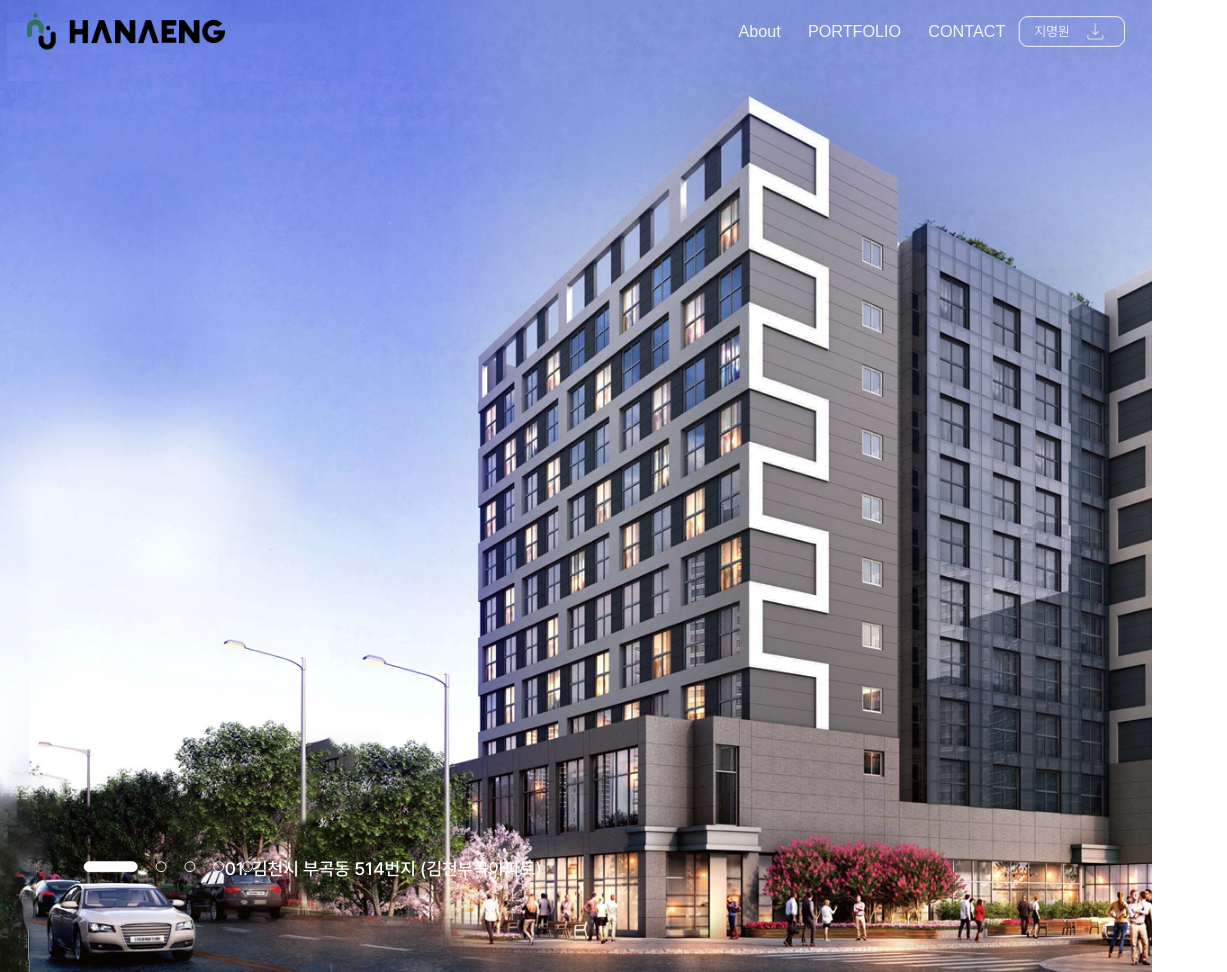
Repository: makeditWeb/hanaenc
Page: main.html
An editor plug-in stored every save of this project. The page is shown before and after the next save, followed by the edit.
The browser window is 1280 px wide. The page is 1363 px wide, so the pictures cover 1363 px, including what lies to the right of the window. The pictures show the whole page, at 90% of full size.
Some web libraries are served in a nearby version.

Above is the page before, as saved 2023-07-05 21:08:50.

### main.html
<!DOCTYPE html>
<html lang="en">
<head>
    <meta charset="UTF-8">
    <meta name="viewport" content="width=device-width, initial-scale=1.0">
    <title>Document</title>

    <link rel="stylesheet" href="./css/style.css">

    <link rel="stylesheet" type="text/css" href="//cdn.jsdelivr.net/npm/slick-carousel@1.8.1/slick/slick.css"/>
</head>
<body>
    <header id="nav-menu" aria-label="navigation bar">
        <nav>
            <div class="wrapper">
                <a class="logo" href="/">
                    <img src="./image/logo_b.png" alt="Logo" />
                </a>
                <input type="radio" name="slider" id="menu-btn">
                <input type="radio" name="slider" id="close-btn">
                <ul class="nav-links">
                    <label for="close-btn" class="btn close-btn"><i class="fas fa-times"></i></label>
                    <li>
                        <a href="#" class="desktop-item">About</a>
                        <input type="checkbox" id="showDrop">
                        <label for="showDrop" class="mobile-item">About</label>
                        <ul class="drop-menu">
                            <li><a href="#">회사소개 및 연혁</a></li>
                            <li><a href="#">사업분야</a></li>
                            <li><a href="#">조직도</a></li>
                            <li><a href="#">인증현황</a></li>
                        </ul>
                    </li>
                    <li><a class="nav-link" href="/">PORTFOLIO</a></li>
                    <li><a class="nav-link" href="/">CONTACT</a></li>

                    <li class="download_wrap">
                        <p>지명원</p>
                        <img src="./image/navbar_down_w.png">
                    </li>
                </ul>

                <label for="menu-btn" class="btn menu-btn"><i class="fas fa-bars"></i></label>
            </div>
        </nav>
    </header>



    <section class="main">
        <div class="main-slide-wrap">
            <div class="main-slide">
                <img src="./image/main_slide1.jpg" alt="slide1">
                <p class="slide_title">01. 김천시 부곡동 514번지 (김천부곡아파트)</p>
            </div>
            <div class="main-slide">
                <img src="./image/main_slide2.jpg" alt="slide1">
                <p class="slide_title">01. 김천시 부곡동 514번지 (김천부곡아파트)</p>
            </div>
            <div class="main-slide">
                <img src="./image/main_slide3.jpg" alt="slide1">
                <p class="slide_title">01. 김천시 부곡동 514번지 (김천부곡아파트)</p>
            </div>
            <div class="main-slide">
                <img src="./image/main_slide4.jpg" alt="slide1">
                <p class="slide_title">01. 김천시 부곡동 514번지 (김천부곡아파트)</p>
            </div>
            <div class="main-slide">
                <img src="./image/main_slide5.jpg" alt="slide1">
                <p class="slide_title">01. 김천시 부곡동 514번지 (김천부곡아파트)</p>
            </div>
        </div>
    </section>
</body>

<script type="text/javascript" src="//code.jquery.com/jquery-1.11.0.min.js"></script>
<script type="text/javascript" src="//cdn.jsdelivr.net/npm/slick-carousel@1.8.1/slick/slick.min.js"></script>
<script src="./js/main.js"></script>

<script>
    $(document).ready(function () {
        $('.main-slide-wrap').slick({
            infinite: true,
            slidesToShow: 1,
            dots: true,
            arrows:false,
        });
    });
</script>
</html>

### css/style.css
* {
    margin: 0;
    padding: 0;
    box-sizing: border-box;
}

:root {
    --dark-grey: #333333;
    --medium-grey: #636363;
    --light-grey: #eeeeee;
    --ash: #f4f4f4;
    --primary-color: #2b72fb;
    --white: white;
    --border: 1px solid var(--light-grey);
    --shadow: rgba(0, 0, 0, 0.05) 0px 6px 24px 0px,
        rgba(0, 0, 0, 0.08) 0px 0px 0px 1px;
    --main-color: #009078;
}


@font-face {
    font-family: 'Pretendard-Thin';
    src: url('../font/Pretendard-Thin.woff') format('woff'),
        url('../font/Pretendard-Thin.woff2') format('woff2');
    font-weight: 100;
    font-style: normal;
}

@font-face {
    font-family: 'Pretendard-ExtraLight';
    src: url('../font/Pretendard-ExtraLight.woff') format('woff'),
        url('../font/Pretendard-ExtraLight.woff2') format('woff2');
    font-weight: 200;
    font-style: normal;
}

@font-face {
    font-family: 'Pretendard-Light';
    src: url('../font/Pretendard-Light.woff') format('woff'),
        url('../font/Pretendard-Light.woff2') format('woff2');
    font-weight: 300;
    font-style: normal;
}

@font-face {
    font-family: 'Pretendard-Regular';
    src: url('../font/Pretendard-Regular.woff') format('woff'),
        url('../font/Pretendard-Regular.woff2') format('woff2');
    font-weight: 400;
    font-style: normal;
}

@font-face {
    font-family: 'Pretendard-Medium';
    src: url('../font/Pretendard-Medium.woff') format('woff'),
        url('../font/Pretendard-Medium.woff2') format('woff2');
    font-weight: 500;
    font-style: normal;
}

@font-face {
    font-family: 'Pretendard-SemiBold';
    src: url('../font/Pretendard-SemiBold.woff') format('woff'),
        url('../font/Pretendard-SemiBold.woff2') format('woff2');
    font-weight: 600;
    font-style: normal;
}

@font-face {
    font-family: 'Pretendard-Bold';
    src: url('../font/Pretendard-Bold.woff') format('woff'),
        url('../font/Pretendard-Bold.woff2') format('woff2');
    font-weight: 700;
    font-style: normal;
}

@font-face {
    font-family: 'Pretendard-ExtraBold';
    src: url('../font/Pretendard-ExtraBold.woff') format('woff'),
        url('../font/Pretendard-ExtraBold.woff2') format('woff2');
    font-weight: 800;
    font-style: normal;
}

@font-face {
    font-family: 'Pretendard-Black';
    src: url('../font/Pretendard-Black.woff') format('woff'),
        url('../font/Pretendard-Black.woff2') format('woff2');
    font-weight: 800;
    font-style: normal;
}


* {
    margin: 0;
    padding: 0;
    box-sizing: border-box;
    font-family: 'Poppins', sans-serif;
}

nav {
    position: fixed;
    z-index: 99;
    width: 100%;

    background: transparent;
}

nav .wrapper {
    position: relative;
    max-width: 1410px;
    padding: 0px 30px;
    height: 70px;
    line-height: 70px;
    margin: auto;
    display: flex;
    align-items: center;
    justify-content: space-between;
}


.wrapper .logo {
width: 220px;
height: auto;
display: flex;
align-items: center;
}

.wrapper .logo img{
    width: 100%;
}

.wrapper .nav-links {
    display: flex;
    align-items: center;
}

.nav-links li {
    list-style: none;
}


.nav-links li a {
    color: #f2f2f2;
    text-decoration: none;
    font-size: 18px;
    font-weight: 500;
    padding: 9px 15px;
    transition: all 0.3s ease;
}

.nav-links li a:hover {
    border-bottom: 3px solid var(--main-color);
}

.nav-links .mobile-item {
    display: none;
}

.nav-links .drop-menu {
    position: absolute;
    border-radius: 10px;
    background-color: #009078;
    width: 180px;
    line-height: 45px;
    top: 85px;
    opacity: 0;
    visibility: hidden;
    box-shadow: 0 6px 10px rgba(0, 0, 0, 0.15);
    padding: 27px 25px;
    box-sizing: border-box;
}

.nav-links li:hover .drop-menu,
.nav-links li:hover .mega-box {
    transition: all 0.3s ease;
    top: 70px;
    opacity: 1;
    visibility: visible;
}

.drop-menu li{
    padding:0;
}
.drop-menu li a {
    width: 100%;
    display: block;
    font-family: 'Pretendard-Regular';
    border-radius: 0px;
    font-size: 20px;
    padding: 0;
}

.mega-box {
    position: absolute;
    left: 0;
    width: 100%;
    padding: 0 30px;
    top: 85px;
    opacity: 0;
    visibility: hidden;
}

.mega-box .content {
    background: #242526;
    padding: 25px 20px;
    display: flex;
    width: 100%;
    justify-content: space-between;
    box-shadow: 0 6px 10px rgba(0, 0, 0, 0.15);
}

.mega-box .content .row {
    width: calc(25% - 30px);
    line-height: 45px;
}

.content .row img {
    width: 100%;
    height: 100%;
    object-fit: cover;
}

.content .row header {
    color: #f2f2f2;
    font-size: 20px;
    font-weight: 500;
}

.content .row .mega-links {
    margin-left: -40px;
    border-left: 1px solid rgba(255, 255, 255, 0.09);
}

.row .mega-links li {
    padding: 0 20px;
}

.row .mega-links li a {
    padding: 0px;
    padding: 0 20px;
    color: #d9d9d9;
    font-size: 17px;
    display: block;
}

.row .mega-links li a:hover {
    color: #f2f2f2;
}

.wrapper .btn {
    color: #fff;
    font-size: 20px;
    cursor: pointer;
    display: none;
}

.wrapper .btn.close-btn {
    position: absolute;
    right: 30px;
    top: 10px;
}

@media screen and (max-width: 970px) {
    .wrapper .btn {
        display: block;
    }

    .wrapper .nav-links {
        position: fixed;
        height: 100vh;
        width: 100%;
        max-width: 350px;
        top: 0;
        left: -100%;
        background: #242526;
        display: block;
        padding: 50px 10px;
        line-height: 50px;
        overflow-y: auto;
        box-shadow: 0px 15px 15px rgba(0, 0, 0, 0.18);
        transition: all 0.3s ease;
    }

    /* custom scroll bar */
    ::-webkit-scrollbar {
        width: 10px;
    }

    ::-webkit-scrollbar-track {
        background: #242526;
    }

    ::-webkit-scrollbar-thumb {
        background: #3A3B3C;
    }

    #menu-btn:checked~.nav-links {
        left: 0%;
    }

    #menu-btn:checked~.btn.menu-btn {
        display: none;
    }

    #close-btn:checked~.btn.menu-btn {
        display: block;
    }

    .nav-links li {
        margin: 15px 10px;
    }

    .nav-links li a {
        padding: 0 20px;
        display: block;
        font-size: 20px;
    }

    .nav-links .drop-menu {
        position: static;
        opacity: 1;
        top: 65px;
        visibility: visible;
        padding-left: 20px;
        width: 100%;
        max-height: 0px;
        overflow: hidden;
        box-shadow: none;
        transition: all 0.3s ease;
    }

    #showDrop:checked~.drop-menu,
    #showMega:checked~.mega-box {
        max-height: 100%;
    }

    .nav-links .desktop-item {
        display: none;
    }

    .nav-links .mobile-item {
        display: block;
        color: #f2f2f2;
        font-size: 20px;
        font-weight: 500;
        padding-left: 20px;
        cursor: pointer;
        border-radius: 5px;
        transition: all 0.3s ease;
    }

    .nav-links .mobile-item:hover {
        background: #3A3B3C;
    }

    .drop-menu li {
        margin: 0;
    }

    .drop-menu li a {
        border-radius: 5px;
        font-size: 18px;
    }

    .mega-box {
        position: static;
        top: 65px;
        opacity: 1;
        visibility: visible;
        padding: 0 20px;
        max-height: 0px;
        overflow: hidden;
        transition: all 0.3s ease;
    }

    .mega-box .content {
        box-shadow: none;
        flex-direction: column;
        padding: 20px 20px 0 20px;
    }

    .mega-box .content .row {
        width: 100%;
        margin-bottom: 15px;
        border-top: 1px solid rgba(255, 255, 255, 0.08);
    }

    .mega-box .content .row:nth-child(1),
    .mega-box .content .row:nth-child(2) {
        border-top: 0px;
    }

    .content .row .mega-links {
        border-left: 0px;
        padding-left: 15px;
    }

    .row .mega-links li {
        margin: 0;
    }

    .content .row header {
        font-size: 19px;
    }
}

nav input {
    display: none;
}

.body-text {
    position: absolute;
    top: 50%;
    left: 50%;
    transform: translate(-50%, -50%);
    width: 100%;
    text-align: center;
    padding: 0 30px;
}

.body-text div {
    font-size: 45px;
    font-weight: 600;
}

.download_wrap {
    display: flex;
    align-items: center;
    justify-content: center;
    border: 1px solid #fff;
    border-radius: 10px;
    width: 118px;
    height: 34px;

}

.download_wrap p {
    font-size: 15px;
    color: #fff;
    font-family: 'Pretendard-Light';
    margin-right: 14px;
}

.download_wrap img {
    width: 30px;
    height: 30px;
}

.main-slide {
    width: 100%;
    position: relative;
}

.main-slide p {
    color: #fff;
    position: absolute;
    bottom: 103px;
    left: 19.5%;
    font-size: 20px;
    font-family: 'Pretendard-Medium';
}

.slick-dots {
    display: flex;
    align-items: center;
    padding: 1rem 0;
    list-style-type: none;
    position: absolute;
    bottom: 95px;
    max-width: 1410px;
    width: 100%;
    margin: 0 auto;
    left: 6.5%;
}

.slick-dots li {
    margin: 0 10px;
}

.slick-dots button {
    display: block;
    width: 12px;
    height: 12px;
    border-radius: 50%;
    padding: 0;
    border: none;
    background-color: transparent;
    border: 1px solid #fff;
    text-indent: -9999px;
}

.slick-dots li.slick-active button {
    width: 60px;
    height: 12px;
    background-color: #fff;
    border-radius: 10px;
}

@media (max-width: 1100px) {
    #hamburger {
        display: block;
    }

    .container {
        width: 100%;
        max-width: 100%;
        padding: 40px 20px 30px;
    }

    .menu {
        display: none;
        position: absolute;
        top: 87px;
        left: 0;
        min-height: 100vh;
        width: 100vw;
    }


    .logo {
        width: 140px;
        height: auto;
    }

    .dropdown {
        display: none;
        min-width: 100%;
        border: none !important;
        border-radius: 5px;
        position: static;
        top: 0;
        left: 0;
        visibility: visible;
        opacity: 1;
        transform: none;
        box-shadow: none;
    }

    .menu.show,
    .dropdown.active {
        display: block;
    }

    .dropdown ul {
        padding-left: 0.3rem;
    }

    .menu-bar {
        display: flex;
        flex-direction: column;
        align-items: stretch;
        row-gap: 1rem;
        padding: 1rem;
    }

    .menu-bar .nav-link {
        display: flex;
        justify-content: space-between;
        width: 100%;
        font-weight: 600;
        font-size: 1.2rem;
        margin: 0;
    }

    .menu-bar li:first-child .dropdown {
        min-width: 100%;
    }

    .menu-bar>li:not(:last-child) {
        padding-bottom: 0.5rem;
        border-bottom: var(--border);
    }
}

@media (max-width: 600px) {
    .right-container {
        display: none;
    }
}

Loaded but not shown: js/main.js (no stored copy; drawn as an empty file)

After the next save:
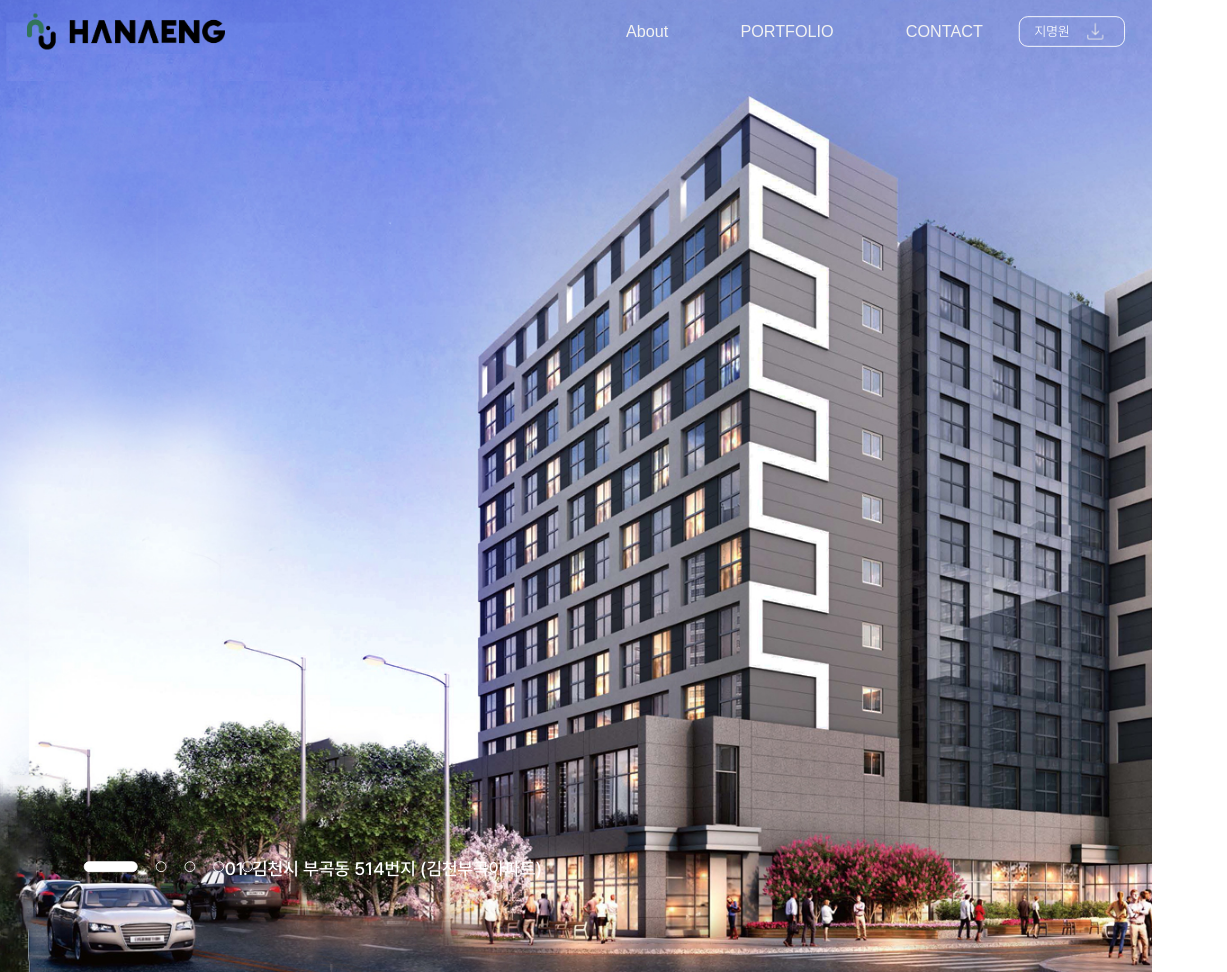
Saved 2 min 36 s later.
--- a/css/style.css
+++ b/css/style.css
@@ -145,7 +145,7 @@
     text-decoration: none;
     font-size: 18px;
     font-weight: 500;
-    padding: 9px 15px;
+    padding: 9px 40px;
     transition: all 0.3s ease;
 }
 
@@ -164,6 +164,7 @@
     width: 180px;
     line-height: 45px;
     top: 85px;
+    right: -33px;
     opacity: 0;
     visibility: hidden;
     box-shadow: 0 6px 10px rgba(0, 0, 0, 0.15);
